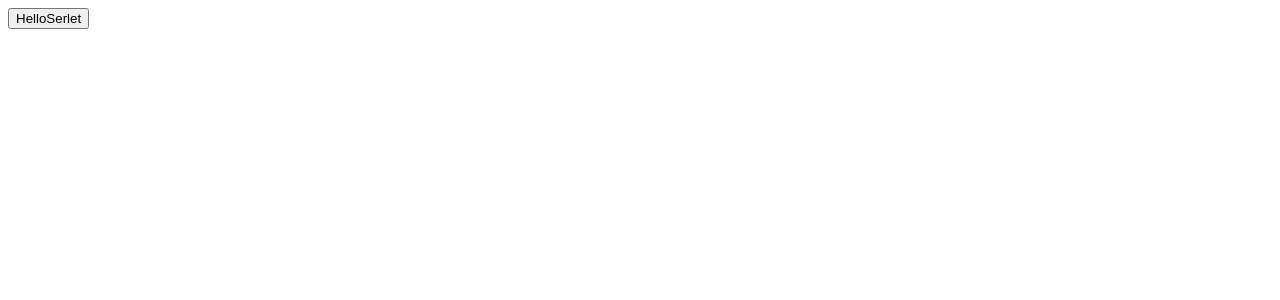
Repository: 0606kuramotomiho/test
Page: http://localhost/HelloServlet/
An editor plug-in stored every save of this project. The page is shown before and after the next save, followed by the edit.
The browser window is 1280 px wide. The pictures show the whole page.
The page is served by Tomcat 9.

Above is the page before, as saved 2018-07-03 02:27:43.

After the next save:
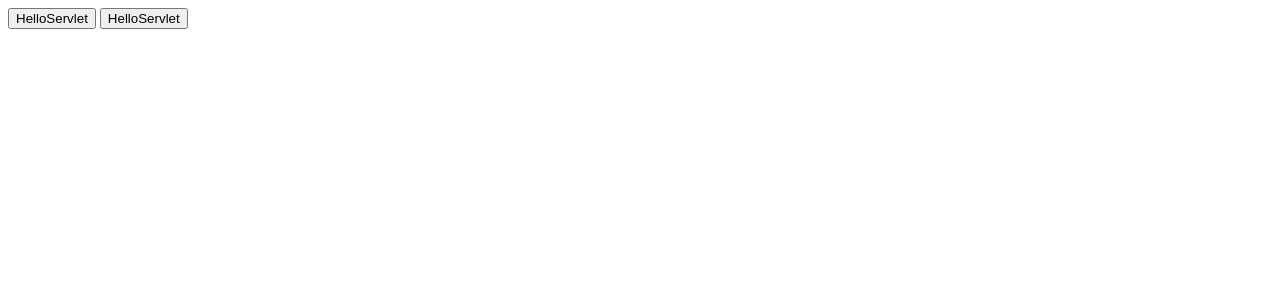
Saved 7 s later.
--- a/HelloServlet/WebContent/index.jsp
+++ b/HelloServlet/WebContent/index.jsp
@@ -7,7 +7,7 @@
 <title>HelloServlet</title>
 </head>
 <body>
-<input type="button" value="HelloSerlet" onClick="lacation.href='HelloServlet'">
-
+<input type="button" value="HelloServlet" onClick="lacation.href='HelloServlet'">
+<input type="button" value="HelloServlet" onClick="location.href='HelloServlet'">
 </body>
 </html>
